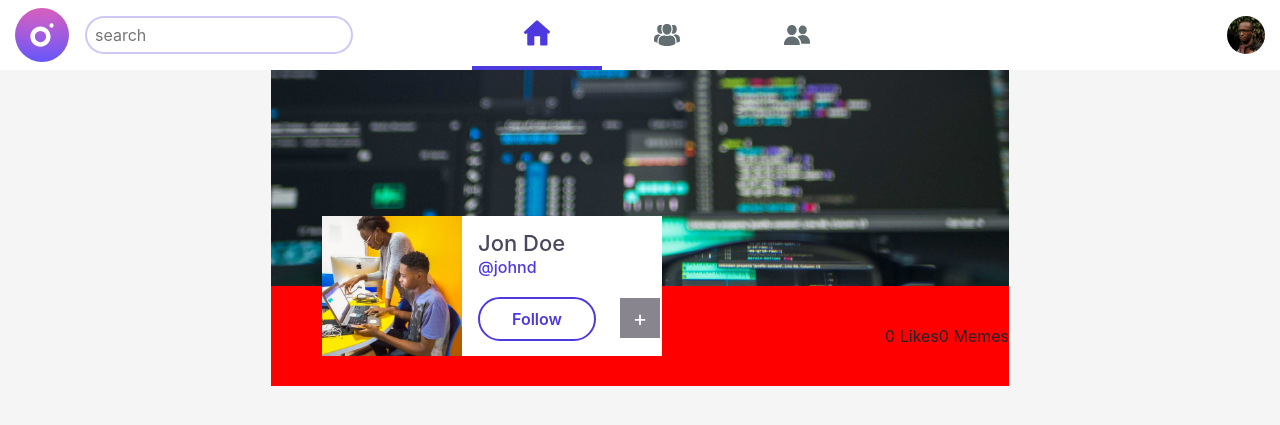
Repository: Flovet-stack/memic
Page: admin-profile.html
An editor plug-in stored every save of this project. The page is shown before and after the next save, followed by the edit.
The browser window is 1280 px wide. The pictures show the whole page.
Some web fonts or font styles are not loaded; a fallback is used.

Above is the page before, as saved 2020-10-27 23:56:09.
Console error: TypeError: Cannot read properties of undefined (reading 'fn')

### admin-profile.html
<!DOCTYPE html>
<html lang="en">
<head>
    <meta charset="UTF-8">
    <meta name="viewport" content="width=device-width, initial-scale=1.0">
    <link rel="icon" type="image/png" sizes="32x32" href="assets/images/faceit.svg">
    <!-- custom styles -->
    <link rel="stylesheet" href="css/home.css">
    <link rel="stylesheet" href="css/admin-profile.css">

    <!-- custom fonts -->
    <link rel="stylesheet" href="/usr/share/fonts/opentype/malayalam/Manjari-Regular.otf">

    <!-- bootstrap css styles -->
    <link rel="stylesheet" href="dist/css/bootstrap.min.css">
    <title>memes | Home</title>
</head>
<body>
    <!-- start of the home page design template -->

    <!-- start of the head section of the page -->
    <div class="home-head container-fluid">
        <div class="row">
            <div class="home-head-sec-1">
                <div class="logo"><img src="assets/images/faceit.svg" alt=""></div>
                <form>
                    <input data-toggle="tooltip" title="search" type="text" name="" id="" placeholder="search">
                </form>
            </div>
            <div class="home-head-sec-2">
                <a data-toggle="tooltip" title="Home" class="active" href="#">
                    <img class="primary-icon" src="assets/icons/house.svg" alt="">
                    <img class="secondary-icon" src="assets/icons/house-primary.svg" alt="">
                </a>
                <a data-toggle="tooltip" title="Groups" href="#">
                    <img class="primary-icon" src="assets/icons/user-group.svg" alt="">
                    <img class="secondary-icon" src="assets/icons/user-group-primary.svg" alt="">
                </a>
                <a data-toggle="tooltip" title="Friends" href="#">
                    <img class="primary-icon" src="assets/icons/friends.svg" alt="">
                    <img class="secondary-icon" src="assets/icons/friends-primary.svg" alt="">
                </a>
            </div>
            <div class="home-head-sec-3">
                <div class="user-menu">
                    <img src="assets/images/avatar.jpg" alt="">
                </div>
            </div>
        </div>
    </div>
    <!-- end of the head section of the page -->
    <!-- start of the body section of the page -->
    <div class="home-body container-fluid">
        <div class="row">
            <div class="home-center">
                <div class="container-fluid">
                    <div class="profile-card">
                        <div class="profile-cover" style="background: url(assets/images/kevin-ku-w7ZyuGYNpRQ-unsplash.jpg);">
                            <div class="profile-info">
                                <div class="profile-info-pic"><img src="assets/images/Pic.jpg" alt=""></div>
                                <div class="profile-info-details">
                                    <h3>Jon Doe</h3>
                                    <h5>@johnd</h5>
                                    <button class="follow-btn">Follow</button>
                                </div>
                            </div>
                            <button class="change-cover-btn">+</button>
                        </div>
                    <div class="profile-stat">
                        <div class="profile-stat-sub">
                            <div class="static-stat">
                                <span class="stat-value">0</span>
                                <span class="stat-name">Likes</span>
                            </div>
                            <div class="static-stat">
                                <span class="stat-value">0</span>
                                <span class="stat-name">Memes</span>
                            </div>
                        </div>
                    </div>
                    </div>
                </div>
            </div>
        </div>
    </div>
    <!-- end of the head section of the page -->

    <!-- end of the home page design template -->

    <script src="dist/js/bootstrap.min.js"></script>
    <script src="https://code.jquery.com/jquery-3.5.1.slim.min.js"
        integrity="sha384-DfXdz2htPH0lsSSs5nCTpuj/zy4C+OGpamoFVy38MVBnE+IbbVYUew+OrCXaRkfj"
        crossorigin="anonymous"></script>
</body>
</html>

### css/home.css
@import 'main-styles.css';
@import 'user-card.css';
@import 'post-card.css';

.home-head {
    width: 100vw;
    height: 70px;
    /* background-color: var(--white-shade-1); */
    background-color: var(--white) !important;
    /* border-bottom: var(--border); */
    padding: var(--padding-1) var(--padding-3);
    position: fixed;
    z-index: 9;
}
.home-head .row {
    text-align: center;
    justify-content: space-between;
}
.home-head-sec-1 {
    width: calc((100vw - 740px) / 2);
    height: calc(70px - (var(--padding-1) * 2));
    display: flex;
}
.home-head-sec-1 .logo {
    height: 100%;
    width: auto;
    display: grid;
    align-items: center;
    justify-content: center;
}
.home-head-sec-1 .logo img {
    height: calc(70px - (var(--padding-1) * 2));
    width: calc(70px - (var(--padding-1) * 2));
}
.home-head-sec-1 form {
    height: 100%;
    width: auto;
    display: grid;
    align-items: center;
    margin-left: var(--padding-2);
}
.home-head-sec-1 form input {
    height: 70%;
    width: auto;
    display: grid;
    justify-content: center;
    outline: none;
    padding: 0 var(--padding-1);
    border: 2px solid var(--secondary-overlay);
    border-radius: var(--border-radius);
    transition-duration: var(--duration);
}
.home-head-sec-1 form input:focus {
    border: 3px solid var(--secondary-overlay);
    transition-duration: var(--duration);
    height: 85%;
}
.home-head-sec-2 {
    height: calc(70px - (var(--padding-1) * 2));
    max-width: 740px;
    width: 740px;
    display: flex;
    align-items: center;
    justify-content: center;
}
.home-head-sec-2 a {
    width: 130px;
    height: 100%;
    display: flex;
    align-items: center;
    justify-content: center;
    outline: none;
    border-radius: var(--border-radius);
    transition-duration: var(--duration);
}
.home-head-sec-2 a:hover {
    background-color: var(--white-shade-1);
    transition-duration: var(--duration);
}
.home-head-sec-2 a img{
    width: 20%;
}
.home-head-sec-3 {
    text-align: right;
    display: grid;
    align-content: center;
    /* background-color: red; */
    width: calc((100vw - 740px) / 2.5);
    height: calc(70px - (var(--padding-1) * 2));
}
.secondary-icon{
    display: none;
}
.home-head-sec-2 a.active {
    height: 70px !important;
    border-radius: 0 !important;
    background-color: transparent;
    border-bottom: 4px solid var(--secondary-color);
}
.home-head-sec-2 .active:hover {
    background-color: transparent !important;
}
.active .secondary-icon {
    display: block;
}
.active .primary-icon {
    display: none;
}
.home-head-sec-3 .user-menu img {
    width: calc(70px - (var(--padding-2) * 2));
    height: calc(70px - (var(--padding-2) * 2));
    border-radius: var(--circular-radius);
}
/* @media (min-width: 768px) {
  .container {
    max-width: 720px;
  }
}

@media (min-width: 992px) {
  .container {
    max-width: 960px;
  }
}

@media (min-width: 1200px) {
  .container {
    max-width: 1140px;
  }
} */

/* start of the home body section */
.home-body {
    width: 100vw;
    /* height: calc(100vh - 70px); */
}
.home-left {
    width: 20vw;
    height: calc(100vh - 70px);
    padding: var(--padding-2);
    position: fixed;
    top: 70px;
    left: 0;
    background-color: var(--white);
}
.home-center {
    /* border-top: var(--border); */
    position: absolute;
    left: 20vw;
    top: 70px;
    width: 60vw;
    height: auto;
    box-sizing: border-box !important;
}
.home-center-sub {
    margin: var(--padding-2) auto;
    width: 75% !important;
    min-width: 430px;
}
.home-right {
    width: 20vw;
    height: calc(100vh - 70px);
    background-color: var(--white);
    position: fixed;
    top: 70px;
    right: 0;
    padding: var(--padding-2);
}
/* end of the home body section */
/* start of the home left section */
.home-left .user-card {
    width: 100%;
}
.home-left .user-card:hover {
    background-color: var(--transparent-overlay);
}
.home-left .user-card .card-time {
    display: none;
}
#home-left-nav-1 {
    width: 100%;
    height: auto;
    margin-top: var(--padding-3) !important;
    padding: 0;
}
.home-left ul {
    width: 100%;
    height: auto;
}
.home-left .nav-item {
    list-style-type: none;
    width: 100%;
    height: auto;
}
.home-left .nav-link {
    width: 100%;
    height: auto;
    font-size: var(--font-size-2);
    border-radius: var(--border-radius);
    background-color: transparent;
    color: var(--text-color);
    font-weight: 500;
    display: flex;
    transition: var(--duration);
}
.home-left .nav-link:hover {
    background-color: var(--transparent-overlay);
    transition: var(--duration);
}
.home-left .nav-link .nav-link-icon {
    width: 15%;
    display: flex;
    justify-content: right;
    align-items: center;
}
.home-left .nav-link .nav-link-detail {
    width: 80% !important;
    /* background-color: rgba(172, 255, 47, 0.596); */
    display: grid;
    align-items: center;
}
.nav-link-detail-text {
    font-size: var(--font-size-2);
    line-height: 18px;
}
.nav-link-detail-info {
    font-size: calc(var(--font-size-1) - 2px);
    line-height: 15px;
    color: var(--secondary-color);
}
.nav-link-icon img {
    width: 40px;
    height: 40px;
}
.home-left hr {
    width: 100%;
    border: none;
    height: 3px;
    background-color: var(--white-shade-2);
}
#home-left-nav-2 h6 {
    color: var(--text-color);
    font-weight: 600;
}
#home-left-footer {
    width: 100%;
    height: au;
    position: absolute;
    top: 100%;
    transform: translateY(-100%);
}
#home-left-footer ul {
    width: 100%;
    height: auto;
    padding: 0 !important;
    padding: 0 5px;
}
#home-left-footer li {
    display: inline-block;
    list-style-type: none;
    color: var(--border-color);
}
#home-left-footer li::after {
    content: '.';
    position: absolute;
    bottom: 50%;
    padding-left: 5px;
}
#home-left-footer li:last-child::after {
    content: '';
}
#home-left-footer a {
    color: var(--dark-overlay);
    font-size: calc(var(--font-size-1) - 3px);
}
#home-left-footer a:hover {
    color: var(--dark-overlay)
}
/* end of the home left section */
/* Start of the status section */
.home-center-top {
    width: 59.2vw;
    height: 3px;
    background-color: var(--white-shade-2);
    position: fixed;
    margin: 0 !important;
    z-index: 9;
    /* padding-top: var(--padding-2); */
}
.status-section {
    width: auto;
    height: 250px;
    display: flex;
    margin-bottom: var(--padding-2);
    transition-duration: var(--duration);
    padding: 0 !important;
}
.status-section:hover {
    transition-duration: var(--duration);
}
.status {
    width: 160px;
    height: 100%;
    border-radius: var(--border-radius);
    background-color: var(--white-shade-2);
    margin-right: var(--padding-1);
    background-repeat: no-repeat !important;
    background-position: center !important;
    background-size: cover !important;
    transition-duration: var(--duration);
}
.status:hover {
    position: relative;
    transform: scale(1.03);
    z-index: 2;
    transition-duration: var(--duration);
}
.status:hover .status-sub {
    background-color: var(--secondary-overlay);
    transition-duration: var(--duration);
}
.status-sub {
    padding-top: var(--padding-2);
    width: 100%;
    height: 100%;
    border-radius: var(--border-radius);
    background: linear-gradient( 130deg, var(--dark-overlay), transparent);
    transition-duration: var(--duration);
}
.status-sub .user-card {
    margin: 0 auto;
    transform: scale(.9);
}
.status-sub .user-card-pic {
    border: 3px solid var(--secondary-color);
}
.status-sub .username,
.status-sub .card-time {
    color: var(--white);
}
/* end of the status section */
/* Start of the right sidebar section */
.home-right .event-section {
    width: 100%;
    height: auto;
}
.right-sidebar-event {
    width: 100%;
    height: auto;
    background-color: transparent;
    display: flex;
    /* transform: scale(.97); */
    border-radius: calc(var(--border-radius));
    transition-duration: var(--duration);
    text-decoration: none;
}
.right-sidebar-event:hover {
    background-color: var(--white-shade-1);
    transition-duration: var(--duration);
    text-decoration: none;
}
.right-sidebar-event-img {
    width: 35%;
    height: auto;
    transform: scale(.9);
}
.right-sidebar-event-img img {
    width: 100%;
    border-radius: calc(var(--border-radius));
}
.right-sidebar-event-details {
    width: 65%;
    display: grid;
    align-content: center;
    padding-left: var(--padding-1);
    color: var(--text-color)
}
.right-sidebar-event-details h5 {
    font-size: var(--font-size-2);
    line-height: .5;
    font-weight: 600;
}
.right-sidebar-event-details h6 {
    font-size: var(--font-size-1);
}
.home-right hr {
    width: 100%;
    border: none;
    height: 3px;
    background-color: var(--white-shade-2);
}
.home-right-notification {
    width: 100%;
    height: auto;
}
.home-right-notification h6 {
    margin-top: var(--padding-2);
    color: var(--text-color);
}
.notification-reply {
    margin-top: var(--padding-1);
    width: 100%;
    height: auto;
    display: flex;
    justify-content: space-between;
}
.notification-reply button {
    width: 49%;
    height: 40px;
    border-radius: var(--border-radius);
    border: none;
    color: var(--text-color);
    transition-duration: var(--duration);
    font-weight: 600;
    outline: none !important;
}
.notification-reply button:hover {
    background-color: var(--white-shade-1);
    transition-duration: var(--duration);
}
.notification-reply button.confirm-request {
    background-color: var(--secondary-color);
    color: var(--white);
    transition-duration: var(--duration);
}
.notification-reply button.confirm-request:hover {
    background-color: var(--secondary-overlay);
    transition-duration: var(--duration);
    color: var(--text-color);
}
/* end of the right sidebar section */

@media (max-width: 768px) {
    .home-head-sec-2 {
        margin: 0 !important;
        width: 340px;
    }
    .home-head-sec-1 form {
        display: none;
    }
    .home-head-sec-1 ,
    .home-head-sec-3 {
        width: calc((100vw - 340px) / 2.5);
    }
    .home-head-sec-1 .logo img {
        height: calc(70px - (var(--padding-2) * 2));
        width: calc(70px - (var(--padding-2) * 2));
    }
    .status-section {
        display: none;
    }
    .home-center {
        width: 100vw;
        position: absolute;
        left: 0;
    }
    .post-card {
        width: 100%;
        margin: var(--padding-2) auto;
    }
    .home-right,
    .home-left {
        display: none;
        width: 0px;
    }
}

@media (min-width: 992px) {
    /* .post-card {
        width: 960px;
    } */
}

@media (min-width: 1200px) {
}

### css/admin-profile.css
.profile-card {
    width: 100%;
    height: auto;
    background-color: red;
}
.profile-cover {
    width: 100%;
    height: 30vh;
    background-color: blue;
    background-size: 100% !important;
    background-position: center !important;
}
.profile-info {
    width: 340px;
    height: 140px;
    background-color: var(--white);
    position: relative;
    top: 100%;
    transform: translate(15%, -50%);
    display: flex;
    /* border-radius: 70px; */
    /* border-top-right-radius: 70px;
    border-bottom-right-radius: 70px; */
}
.profile-info-pic {
    width: 140px;
    height: 140px;
    background-color: var(--secondary-color);
}
.profile-info-pic img {
    width: 100%;
    height: 100%;
    /* border-top-right-radius: var(--circular-radius);
    border-bottom-right-radius: var(--circular-radius); */
}
.profile-info-details {
    padding: var(--padding-2);
}
.profile-info-details h3 {
    color:var(--text-color);
    font-size: var(--font-size-4);
    line-height: 1;
}
.profile-info-details h5 {
    color:var(--secondary-color);
    font-size: var(--font-size-1);
    line-height: .7;
}
.profile-info-details .follow-btn {
    margin-top: var(--padding-2);
}
.change-cover-btn {
    width: 40px;
    height: 40px;
    position: relative;
    transform: translate(-50%, -50%);
    left: 50%;
    top: 50%;
    border: none;
    background-color: var(--dark-overlay);
    color: var(--white);
    font-size: 22px;
    transition-duration: var(--duration);
    outline: none !important;
}
.change-cover-btn:hover {
    background-color: #000;
    transition-duration: var(--duration);
}
.profile-stat {
    width: 100%;
    height: 100px;
    background-color: red;
    display: grid;
    align-items: center;
    justify-items: flex-end;
}
.profile-stat-sub {
    width: auto;
    height: auto;
    display: flex;
}

### css/main-styles.css
:root {
    /* color palette */
    --white: #fff;
    /* --white: #1e272e !important; */
    --white-shade-0: rgb(253, 253, 253);
    --white-shade-1: #f0f8ff;
    --white-shade-2: #ececec79;
    --white-shade-3: #d0d0d0;
    --border-color: #b2bec3;
    --primary-color: #636E72;
    /* --secondary-color: #6c5ce7; */
    --secondary-color: #4d39e0;
    --secondary-overlay: #4d39e046;
    /* --secondary-overlay: #6c5ce746; */
    --red: #d63031;
    /* --red: #970f3c; */
    --dark-overlay: rgba(10, 2, 19, 0.479);
    --transparent-overlay: #ebf6ff;
    --transparent-overlay-2: #d0d0d059;

    /* text-editing */
    --font-size-1: 16px;
    --font-size-2: 18px;
    --font-size-3: 20px;
    --font-size-4: 22px;
    --normal: 400;
    --light: 200;
    --thick: 600;
    --font-family: Manjari;
    --text-color: rgb(73, 72, 93);
    /* --text-color: #fff; */

    /* box-styling */
    --padding-1: .5rem;
    --padding-2: 1rem;
    --padding-3: 2rem;
    --border-radius: 50px;
    --circular-radius: 50%;
    --border: 2px solid var(--white-shade-2);

    /* animations */
    --duration: .5s;
}

body {
    box-sizing: border-box;
    font-family: var(--font-family);
    overflow-x: hidden;
    background-color: var(--white-shade-2) !important;
}
.row {
    margin-right: 0 !important;
    margin-left: 0 !important;
}
a {
    outline: none !important;
}
.follow-btn {
    border: 2px solid var(--secondary-color);
    background: var(--whi);
    padding: var(--padding-1) var(--padding-3);
    border-radius: var(--border-radius);
    color: var(--secondary-color);
    transition-duration: var(--duration);
    font-weight: 600;
    outline: none !important;
}
.follow-btn:hover {
    background-color: var(--secondary-color);
    color: var(--white);
    transition-duration: var(--duration);
}

### css/user-card.css
/* start of the user card styling */
.user-card {
    width: 150px;
    height: 50px;
    display: flex;
    color: var(--white);
    text-decoration: none;
    border-radius: var(--border-radius);
    transition-duration: var(--duration);
}
.user-card:hover {
    text-decoration: none;
    background-color: var(--transparent-overlay-2);
    transition-duration: var(--duration);
}
.user-card-pic {
    width: 50px;
    height: 50px;
    border-radius: var(--circular-radius);
    background-repeat: no-repeat !important;
    background-position: center !important;
    background-size: cover !important;
}
.user-card-detail {
    width: auto;
    height: 50px;
    padding-left: var(--padding-1);
    color: var(--text-color);
    display: grid;
    align-content: center;
}
.username {
    font-size: var(--font-size-2);
    font-weight: 600;
}
.card-time {
    font-size: var(--font-size-1);
    color: var(--secondary-color);
}
/* end of the user card styling */

### css/post-card.css
.post-card {
    width: 80%;
    margin: var(--padding-2) auto;
    background-color: var(--white);
    border-radius: var(--border-radius);
    padding: var(--padding-2) 0;
    /* background-color: var(--transparent-overlay); */
    background-color: var(--white);
    border: var(--border);
}
.post-card .user-card {
    margin-left: var(--padding-2);
}
/* .post-card .user-card:hover {
    background-color: var(--secondary-overlay);
} */
.post-card img {
    width: 100%;
}
.post-img {
    transform: scale(.97);
    border-radius: var(--border-radius) !important;
    background-color: var(--transparent-overlay);
}
.post-card-footer {
    margin-top: var(--padding-1);
    padding: 0 var(--padding-2);
    width: 100%;
    display: flex;
    height: auto;
}
.react,
.actions {
    width: 50%;
    height: 50px;
    display: grid;
    align-items: center;
}
.react-sub,
.actions-sub {
    width: 100%;
    height: 100%;
    display: flex;
    text-align: left;
}
.actions-sub {
    flex-direction: row-reverse;
}
.actions-sub a {
    flex-direction: row-reverse;
    margin-right: 0 !important;
    margin-left: var(--padding-1) !important;
}
.react-sub a,
.actions-sub a {
    width: 50px;
    height: 50px;
    background-color: transparent;
    margin-right: var(--padding-1);
    display: flex;
    align-items: center;
    justify-content: center;
    border-radius: var(--circular-radius);
}
.react-sub a img,
.actions-sub a img {
    width: 60%;
    height: auto;
    padding: 0 !important;
    transition-duration: var(--duration);
    border-radius: none !important;
}
.react-sub a:hover,
.actions-sub a:hover {
    background-color: var(--secondary-overlay);
    transition-duration: var(--duration);
}
.react-sub .dislike img{
    transform: rotatez(180deg) !important;
}
.share-options {
    height: auto;
    /* width: 0px; */
    width: calc((30px * 4) + ((var(--padding-1) * 2) * 6));
    background-color: var(--white);
    border-radius: var(--border-radius);
    padding:  var(--padding-1);
    /* box-shadow: 4px 4px 10px 3px var(--white-shade-2); */
    position: absolute;
    /* left: 100px; */
    margin-top: -60px;
    /* margin-left: 200px; */
    transform: scale(.9);
    transition-duration: 1s;
}
.share-options ul {
    width: auto;
    padding: 0 !important;
    margin: 0 !important;
}
.share-options li {
    width: auto;
    display: inline-block;
}
.share-options a{
    padding: var(--padding-1);
    /* background-color: red; */
}
.share-options a:hover {
    background-color: transparent;
}
.share-options a img{
    width: 30px;
    height: 30px;
    padding: .2rem !important;
    transition-duration: var(--duration);
}
.share-options a img:hover {
    transform: scale(1.3);
    transition-duration: var(--duration);
}
.share-icon {
    transition-duration: 1s
}
.share-icon:hover ~ .share-options {
    transition-duration: 1s;
    transform: scale(1);
}

.comment-section {
    width: 100%;
    padding: 0 var(--padding-2);
}
.comment-section h4 {
    font-size: var(--font-size-1);
    color: var(--text-color);
    font-weight: 600;
    margin-bottom: var(--padding-2);
}
.comment-form {
    display: flex;
    justify-content: space-between;
    margin-bottom: var(--padding-3);
}
.comment-form img {
    width: 50px;
    height: 50px;
    padding: 0 !important;
    border-radius: var(--circular-radius);
    margin-right: var(--padding-2);
}
.comment-form textarea {
    width: 75%;
    height: 50px;
    outline: none;
    font-size: var(--font-size-2);
    color: var(--text-color);
    padding: var(--padding-1) var(--padding-2);
    border: 1px solid var(--white);
    border-radius: var(--border-radius);
    transition-duration: var(--duration);
    margin-right: var(--padding-1);
    background-color: var(--white-shade-2);
}
.comment-form textarea:hover {
    border: 1px solid var(--secondary-overlay);
    transition-duration: var(--duration);
}
.comment-form textarea:focus {
    border: 1px solid var(--secondary-overlay);
    background-color: var(--white);
    transition-duration: var(--duration);
}
.comment-form button {
    outline: none !important;
    background-color: var(--secondary-overlay);
    border: none;
    border-radius: var(--circular-radius);
    color: var(--white);
    transition-duration: var(--duration);
}
.comment-form button:hover {
    outline: none;
    background-color: var(--secondary-color);
    transition-duration: var(--duration);
}
.comment {
    width: 95%;
    margin: 0 auto;
    height: auto;
    /* border-bottom: var(--border); */
}
.comment .user-card {
    margin: 0 !important;
}
.comment .user-card-pic {
    width: 30px;
    height: 30px;
    margin-top: 10px;
}
.comment .username {
    font-size: var(--font-size-1);
    line-height: .5;
}
.comment .card-time {
    font-size: calc(var(--font-size-1) - 2px) !important;
    /* line-height: .5; */
}
.comment .comment-content p {
    width: auto;
    height: auto;
    color: var(--text-color);
    margin: 0 calc(var(--padding-1) * 7);
    background-color: var(--white-shade-1);
    padding: var(--padding-1) var(--padding-3);
    border-radius: var(--border-radius);

    /* line-height: 5px; */
}
.comment .comment-like {
    height: 20px;
    font-size: calc(var(--font-size-1) - 2px);
    padding: 0 var(--padding-1);
    border-radius: var(--border-radius);
    position: relative;
    border: none;
    outline: none;
    /* bottom: 100%; */
    left: calc(100% - ((var(--padding-1) * 7) + 1.5rem));
    background-color: var(--secondary-color);
    color: var(--white);
    transition-duration: var(--duration);
    transform: translateY(-125%);
    display: flex;
    align-items: center;
    justify-content: center;
}
.comment .comment-like:hover {
    padding: 0 calc(var(--padding-1) + .1rem);
    transition-duration: var(--duration);
    background-color: var(--secondary-overlay);
}
.comment .comment-like img {
    width: 15px;
    height: 15px;
    margin-left: .3rem;
    transform: translateY(-1.5px);
}

/* @media (min-width: 768px) {
}

@media (min-width: 992px) {
}

@media (min-width: 1200px) {
} */

Loaded but not shown: dist/css/bootstrap.min.css (library); dist/js/bootstrap.min.js (library)

After the next save:
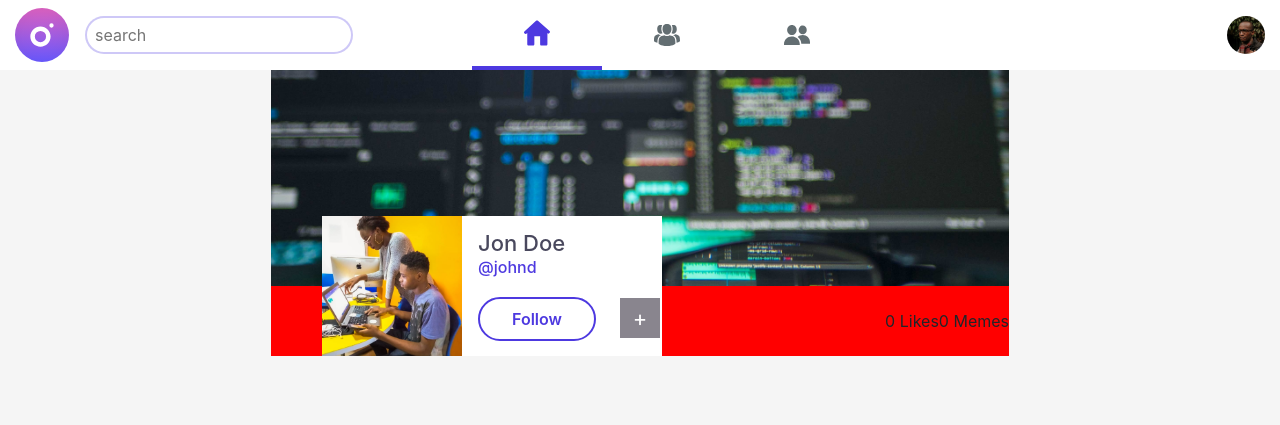
Saved 28 s later.
--- a/css/admin-profile.css
+++ b/css/admin-profile.css
@@ -69,8 +69,7 @@
 }
 .profile-stat {
     width: 100%;
-    height: 100px;
-    background-color: red;
+    height: 70px;
     display: grid;
     align-items: center;
     justify-items: flex-end;
